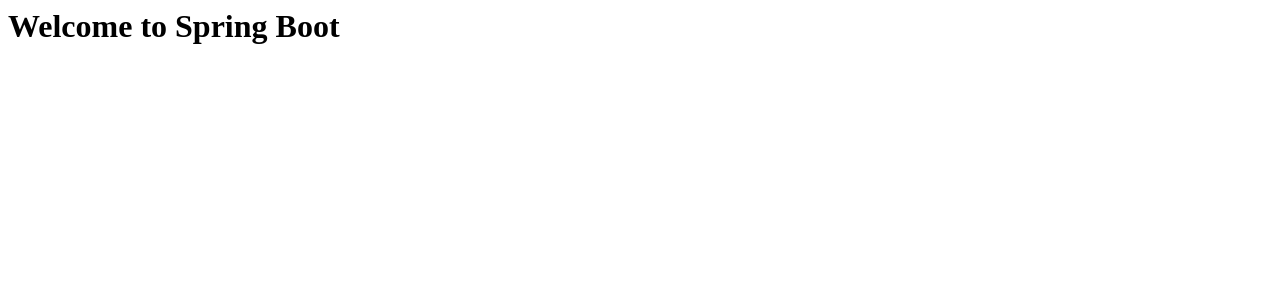
Repository: ZPMPhooPhoo/SpringBoot
Page: Tutorials/spring-demo/src/main/resources/static/index.html
The author's editor kept a copy of each file at every save. The page is drawn from the files as they stood at one save, then again after the next save.
The browser window is 1280 px wide. The pictures show the whole page.

Above is the page before, as saved 2023-10-04 05:03:58.

### Tutorials/spring-demo/src/main/resources/static/index.html
<html>
	<h1>Welcome to Spring Boot</h1>
</html>

After the next save:
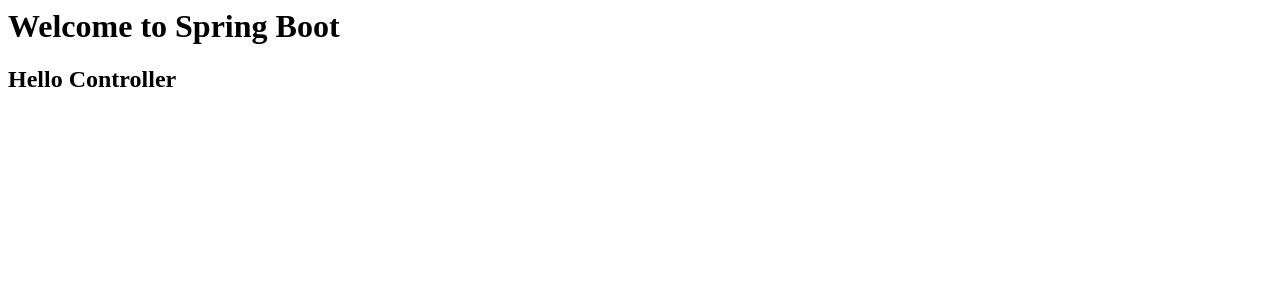
Saved 17 min 50 s later.
--- a/Tutorials/spring-demo/src/main/resources/static/index.html
+++ b/Tutorials/spring-demo/src/main/resources/static/index.html
@@ -1,3 +1,4 @@
 <html>
 	<h1>Welcome to Spring Boot</h1>
+	<h2>Hello Controller</h2>
 </html>
